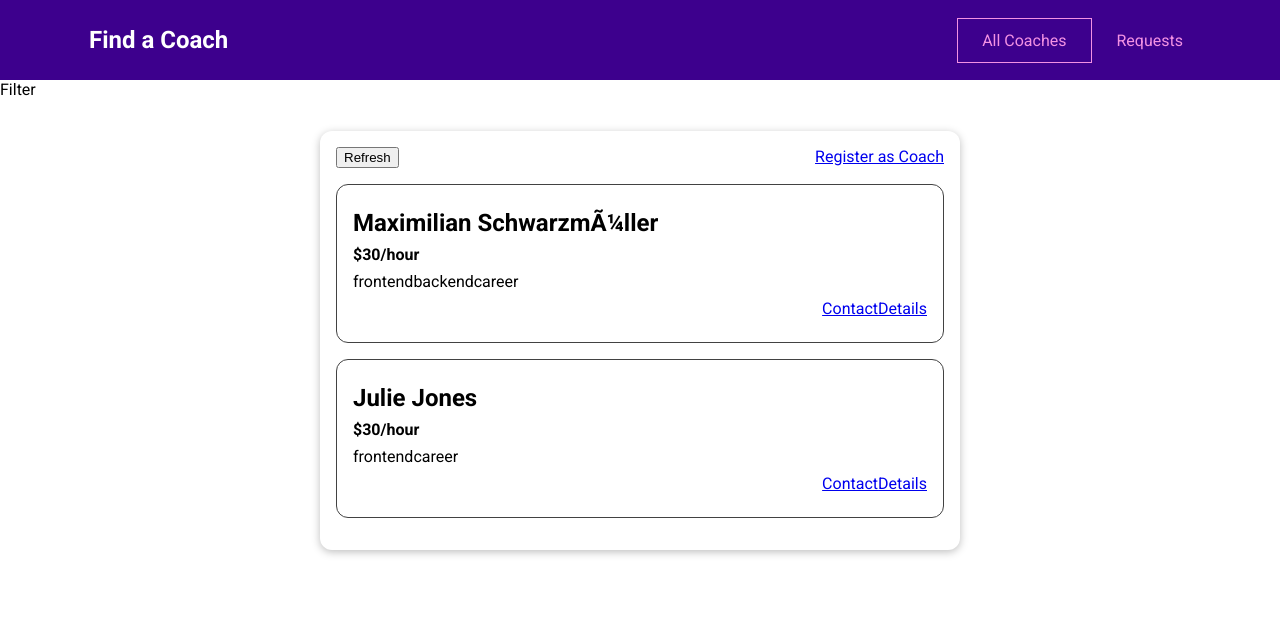
Repository: JesNatTer/coachfinder-app
Page: /coaches
The author's editor kept a copy of each file at every save. The page is drawn from the files as they stood at one save, then again after the next save.
The browser window is 1280 px wide. The pictures show the whole page.
The project was rebuilt for these pictures with package versions that can differ from the ones it lists, and the page was loaded fresh each time. Also part of the build but not shown: src/pages/coaches/CoachDetails.vue, src/pages/coaches/CoachRegister.vue, src/pages/requests/ContactCoach.vue, src/pages/requests/RequestsReceived.vue. Imported but missing from the stored project, and not drawn on this page: src/pages/NotFound.vue.

Above is the page before, as saved 2021-11-26 14:43:53.

After the next save:
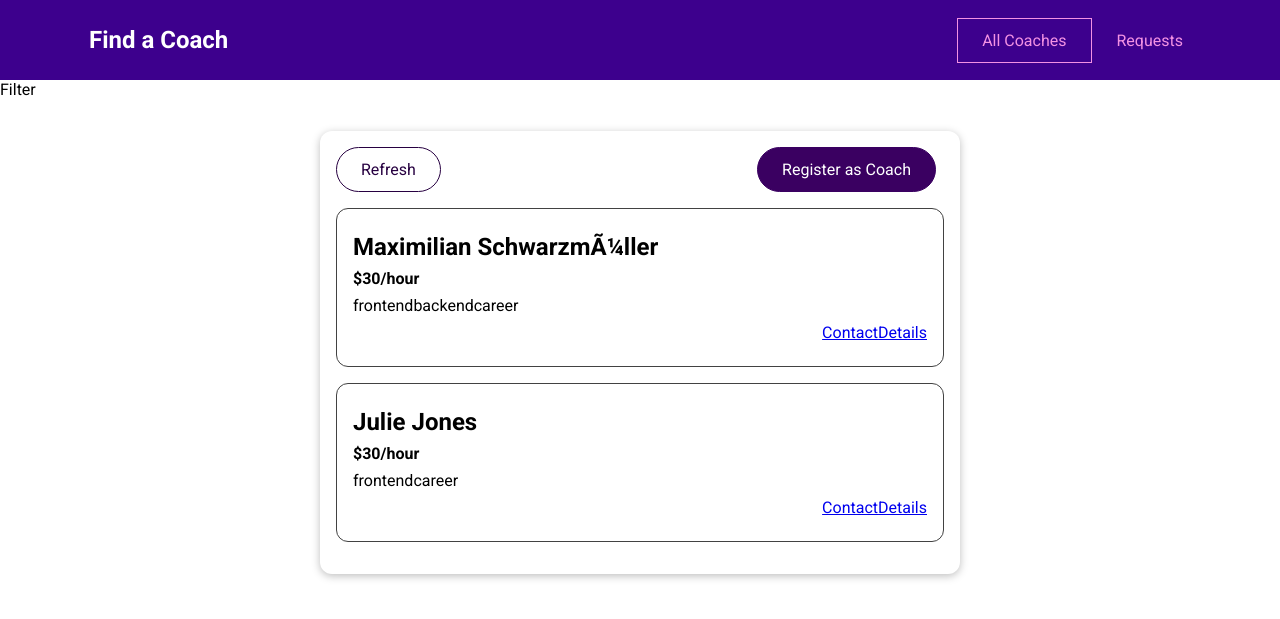
Saved 56 s later.
--- a/src/pages/coaches/CoachesList.vue
+++ b/src/pages/coaches/CoachesList.vue
@@ -3,8 +3,8 @@
     <base-card>
         <section>
             <div class="controls">
-                <button>Refresh</button>
-                <router-link to="/register">Register as Coach</router-link>
+                <base-button mode='outline'>Refresh</base-button>
+                <base-button link to="/register">Register as Coach</base-button>
             </div>
             <ul v-if="hasCoaches">
                 <CoachItem v-for="coach in filteredCoaches" :key="coach.id" :id="coach.id" :first-name="coach.firstName" :last-name="coach.lastName" :rate="coach.hourlyRate" :areas="coach.areas"
@@ -17,8 +17,9 @@
 
 <script>
 import CoachItem from "../../components/coaches/CoachItem.vue"
+import BaseButton from '../../components/ui/BaseButton.vue'
 export default {
-    components: {CoachItem},
+    components: {CoachItem, BaseButton},
     computed: {
         filteredCoaches() {
             return this.$store.getters['coaches/coaches']
